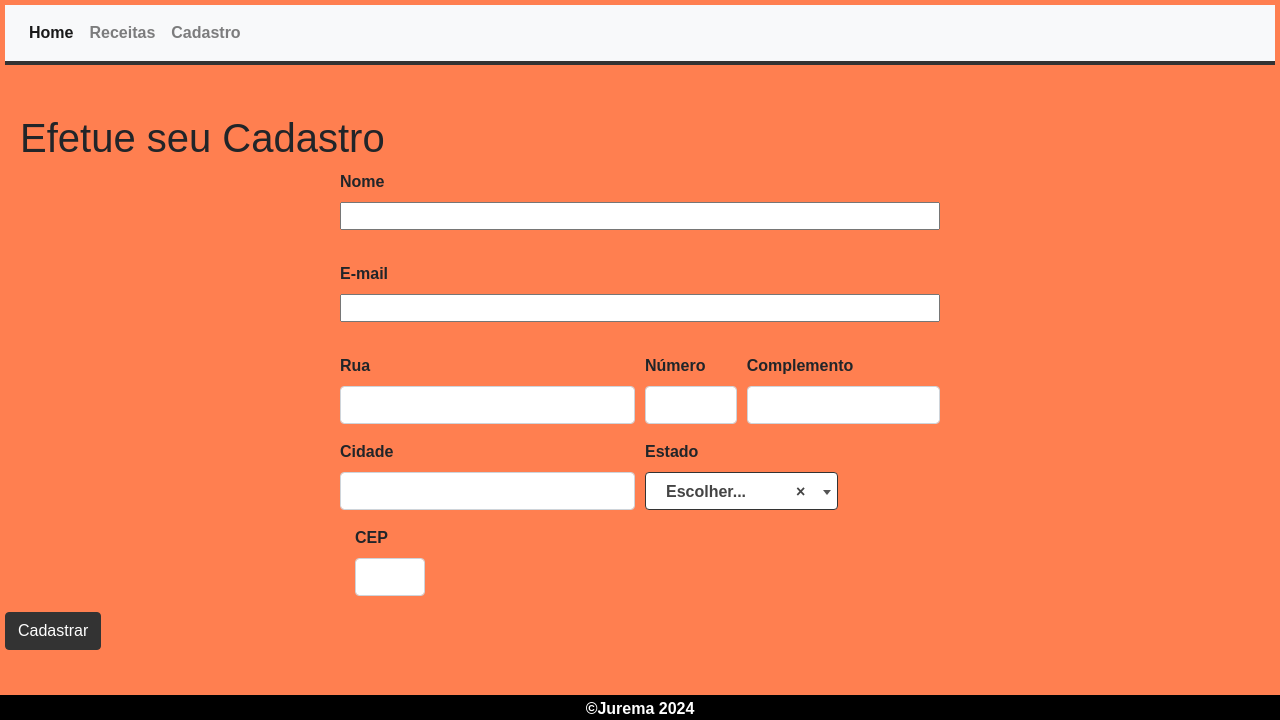
Repository: devropaes/RECEITAS
Page: OneDrive/Área de Trabalho/Estudos/Estácio/receitas/cadastro.html
An editor plug-in stored every save of this project. The page is shown before and after the next save, followed by the edit.
The browser window is 1280 px wide. The pictures show the whole page.

Above is the page before, as saved 2024-03-13 18:54:58.

After the next save:
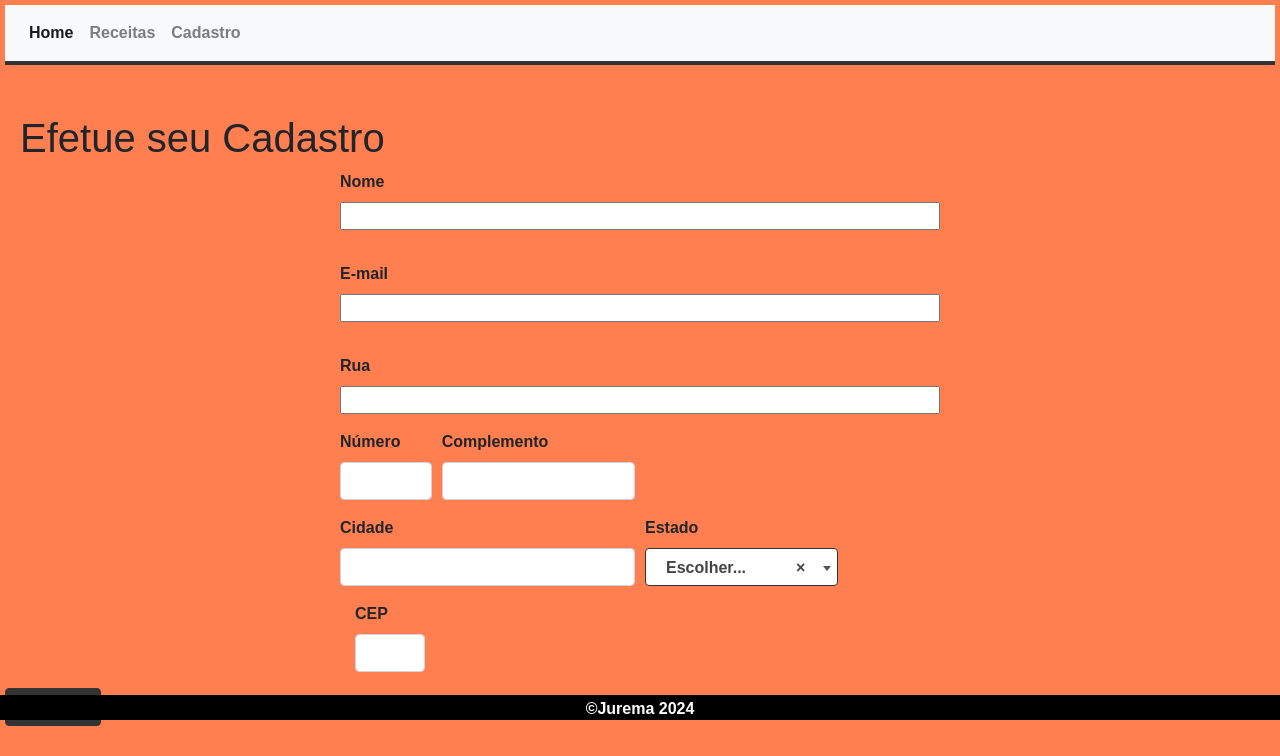
Saved 50 s later.
--- a/OneDrive/Área de Trabalho/Estudos/Estácio/receitas/cadastro.html
+++ b/OneDrive/Área de Trabalho/Estudos/Estácio/receitas/cadastro.html
@@ -53,9 +53,9 @@
                             </div>
                         </div>
                         <div class="form-row">
-                            <div class="form-group col-md-6">
+                            <div class="form-group col-md-12">
                                 <label for="rua">Rua</label>
-                                <input type="text" class="form-control" id="rua" required>
+                                <input type="text" class="form-form-group col-md-12" id="rua" required>
                             </div>
                             <div class="form-group col-md-2">
                                 <label for="numero">Número</label>
